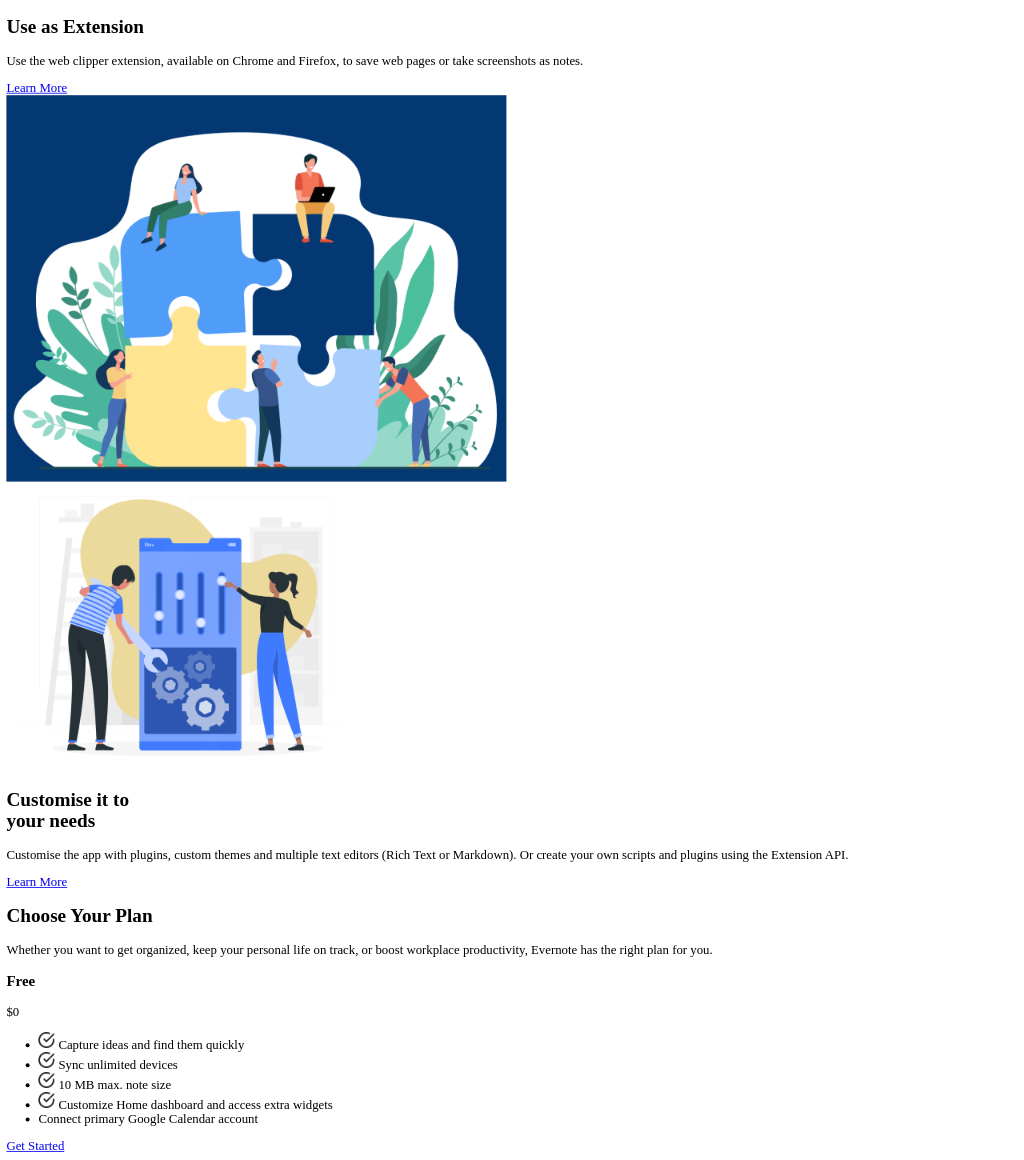
Repository: rinesagajtani0/whitespace_saas
Page: index.html
An editor plug-in stored every save of this project. The page is shown before and after a run of saves, followed by the edit.
The browser window is 1280 px wide. The pictures show the whole page, at 80% of full size.

Above is the page before, as saved 2025-11-02 12:15:47.

After the next 7 saves:
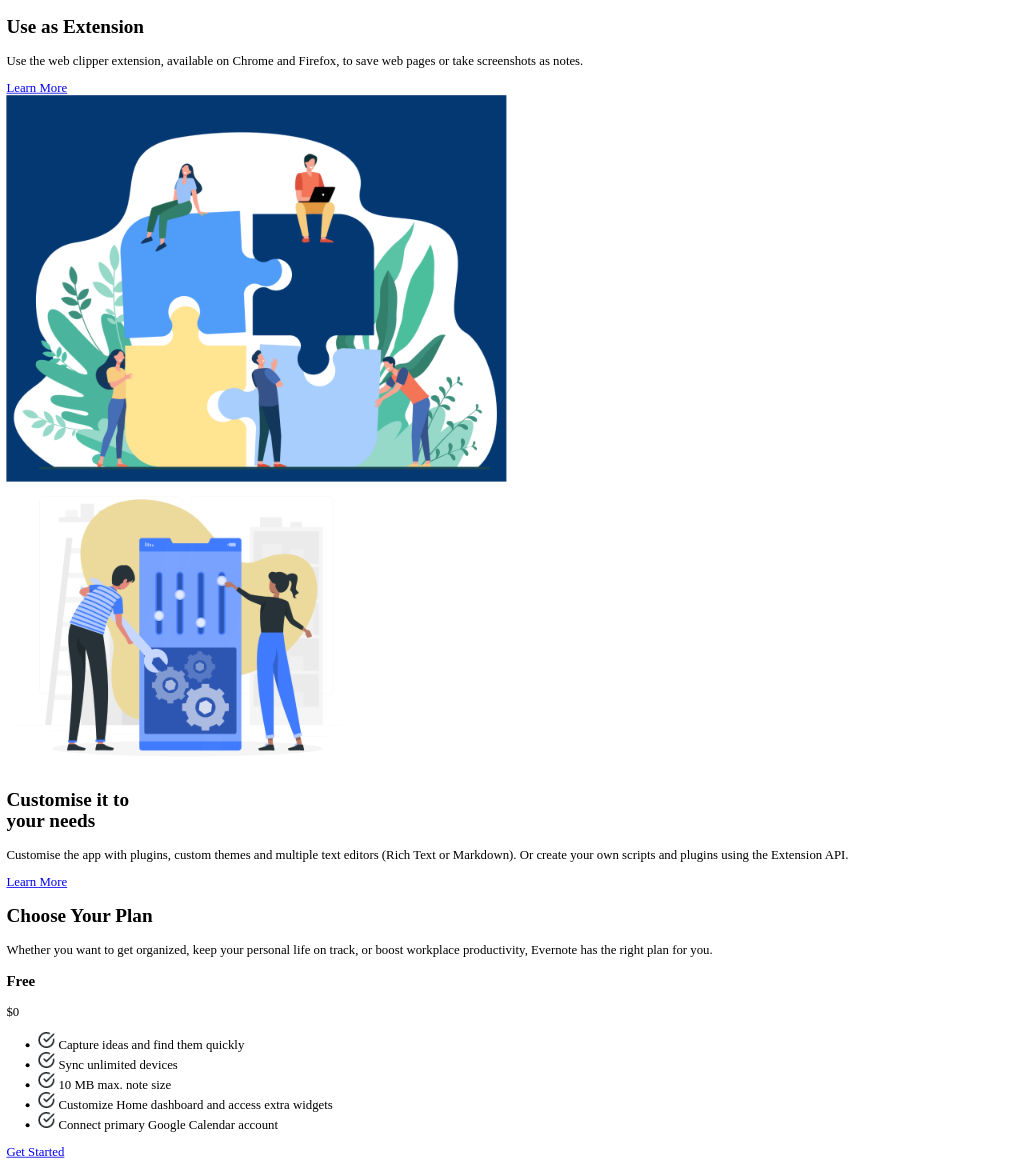
The 7 saves are shown as one change because they came seconds apart.
The last was saved 18 s later.
--- a/index.html
+++ b/index.html
@@ -77,7 +77,9 @@
               Customize Home dashboard and access extra widgets
             </li>
             <li>
-              Connect primary Google Calendar account</li>
+              <img src="img/Icon.png" alt="">
+              Connect primary Google Calendar account
+            </li>
           </ul>
           <a href="#" class="btn btn--outline">Get Started</a>
         </div>
